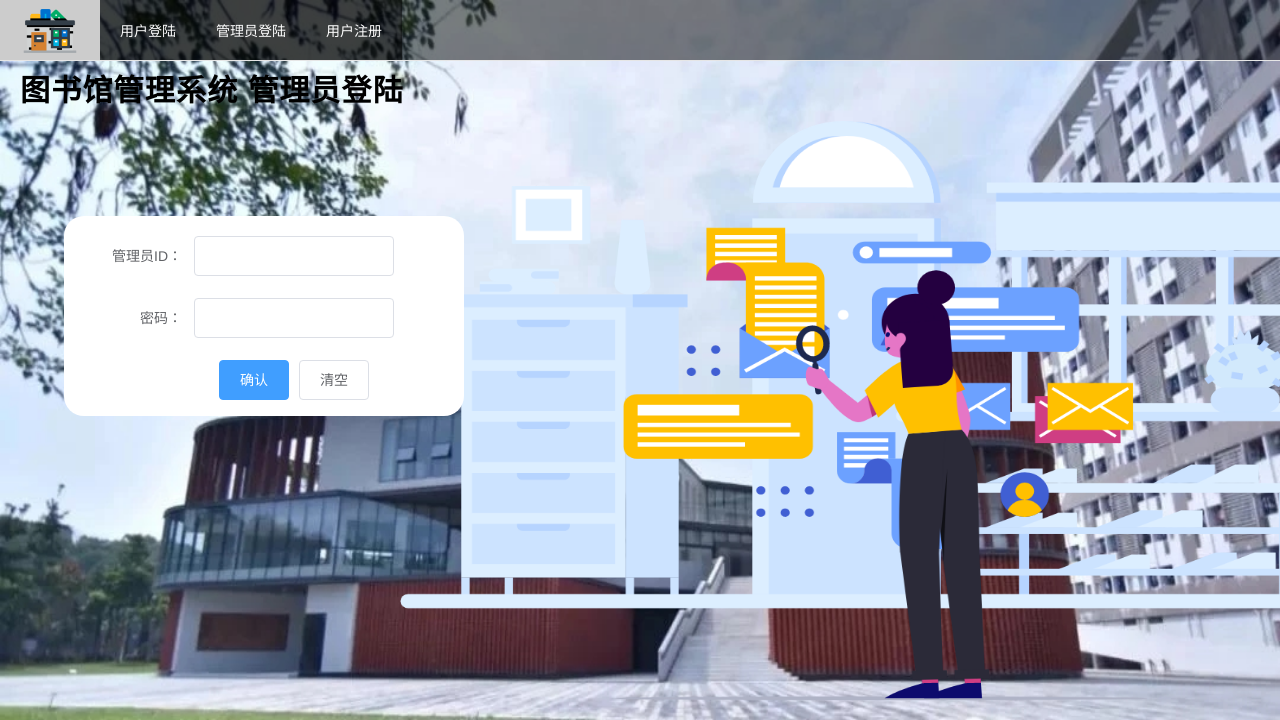
Repository: Akron-xz/helloVue
Page: /#/admin (app in vue-library/)
These files come from the project's save history. The page is drawn as it stood at one moment and after the next save; the edit follows.
The browser window is 1280 px wide. The pictures show the whole page.
The project was rebuilt for these pictures with package versions that can differ from the ones it lists, and the page was loaded fresh each time. Also part of the build but not shown: vue-library/src/views/Home.vue.

Above is the page before, as saved 2020-11-24 22:24:08.

After the next save:
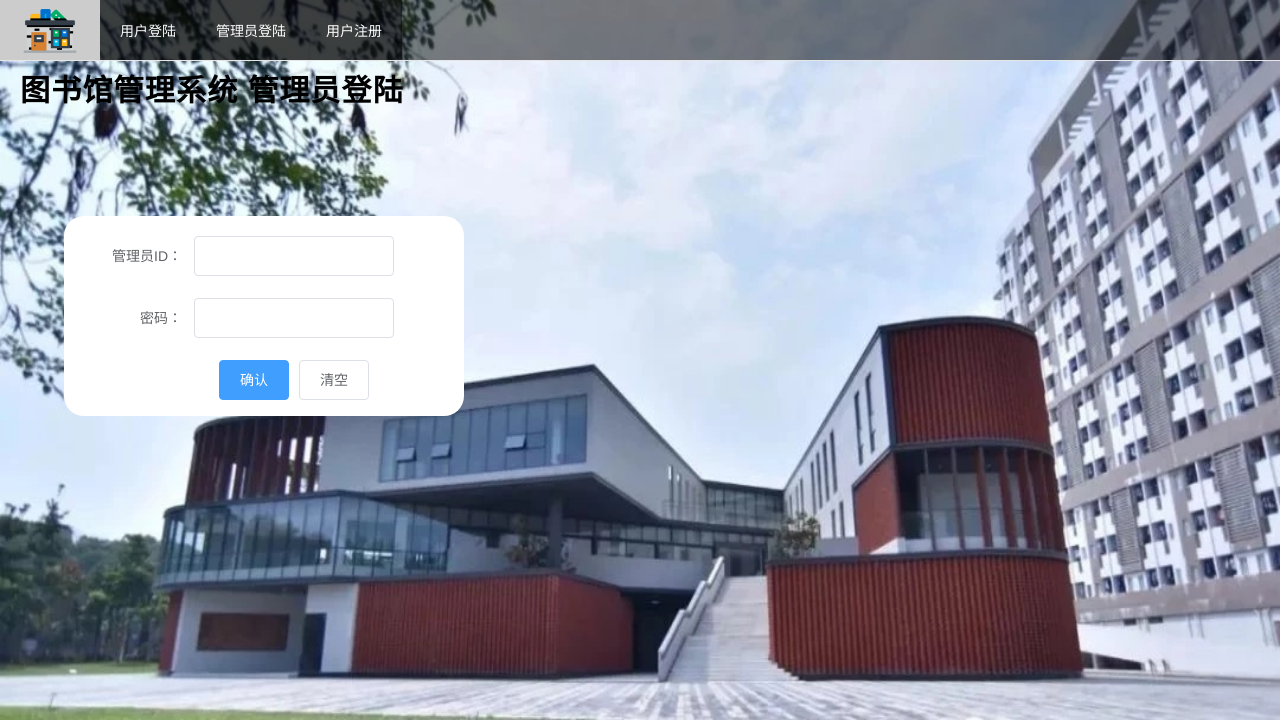
Saved 2 min 9 s later.
--- a/vue-library/src/views/Administrator.vue
+++ b/vue-library/src/views/Administrator.vue
@@ -32,9 +32,7 @@
         </el-form-item>
       </el-form>
     </div>
-    <div class="img">
-      <img src="/img/adminImg.png" alt="" class="adminImg" />
-    </div>
+
   </div>
 </template>
 
@@ -194,9 +192,5 @@ import homeNavigation from '@/components/homeNav.vue'
   width: 1000px;
 }
 
-.adminImg {
-  margin-left: 300px;
-  height: 580px;
-  width: 1000px;
-}
+
 </style>
